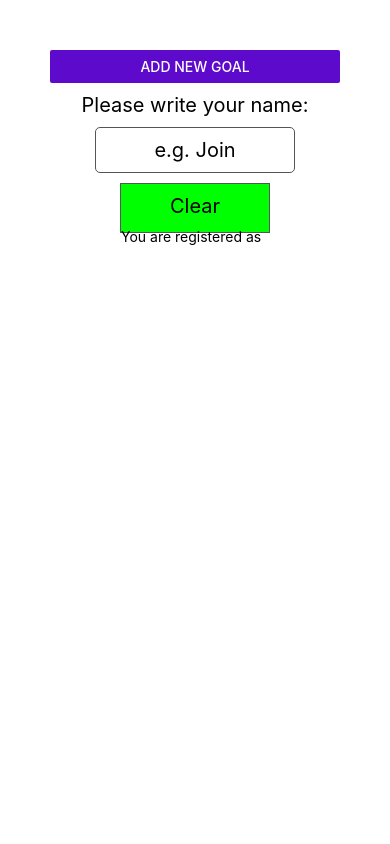
Repository: ntu34543/React-Native-Example1
Screen: /, after clicking the first element matching `div.r-transitionProperty-1i6wzkk`
These files come from the project's save history. The screen is drawn as it stood at one moment and after the next save; the edit follows.
The app was drawn by React Native's web renderer in a window 390 px wide. The project was rebuilt for these pictures with package versions that can differ from the ones it lists, and the page was loaded fresh each time. Also part of the build but not shown: components/Goalltem.js.

Above is the screen before, as saved 2022-09-12 16:10:24.

After the next save:
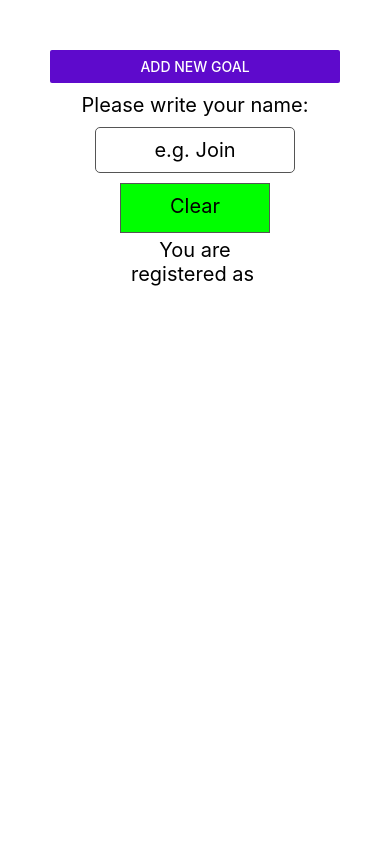
Saved 30 s later.
--- a/App.js
+++ b/App.js
@@ -78,7 +78,7 @@
           /> */}
           <TouchableOpacity style={styles.button} onPress={onPressHandler}>
             <Text style={styles.text}>{submitted ? "Clear" : "Submit"}</Text>
-            {submitted ? <Text>You are registered as {name}</Text> : null}
+            {submitted ? <Text style={styles.text}>You are registered as {name}</Text> : null}
           </TouchableOpacity>
           {/* <Text style={styles.text}>You are registered as {name}</Text> */}
         </View>

After the 2 saves that followed:
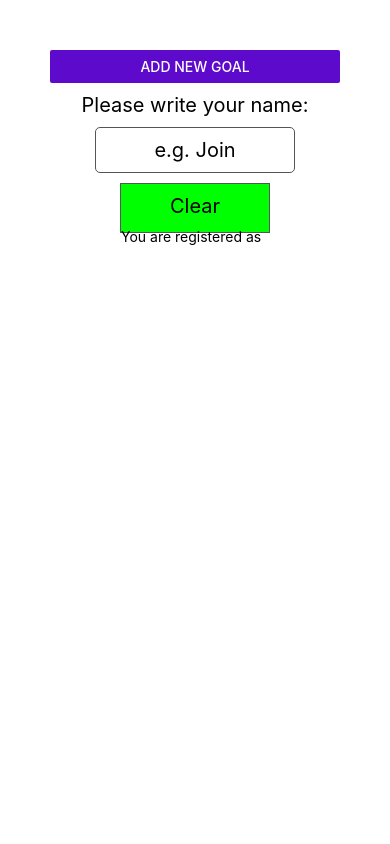
The 2 saves are shown as one change because they came seconds apart.
The last was saved 13 s later.
--- a/App.js
+++ b/App.js
@@ -78,7 +78,7 @@
           /> */}
           <TouchableOpacity style={styles.button} onPress={onPressHandler}>
             <Text style={styles.text}>{submitted ? "Clear" : "Submit"}</Text>
-            {submitted ? <Text style={styles.text}>You are registered as {name}</Text> : null}
+            {submitted ? <Text>You are registered as {name}</Text> : null}
           </TouchableOpacity>
           {/* <Text style={styles.text}>You are registered as {name}</Text> */}
         </View>
